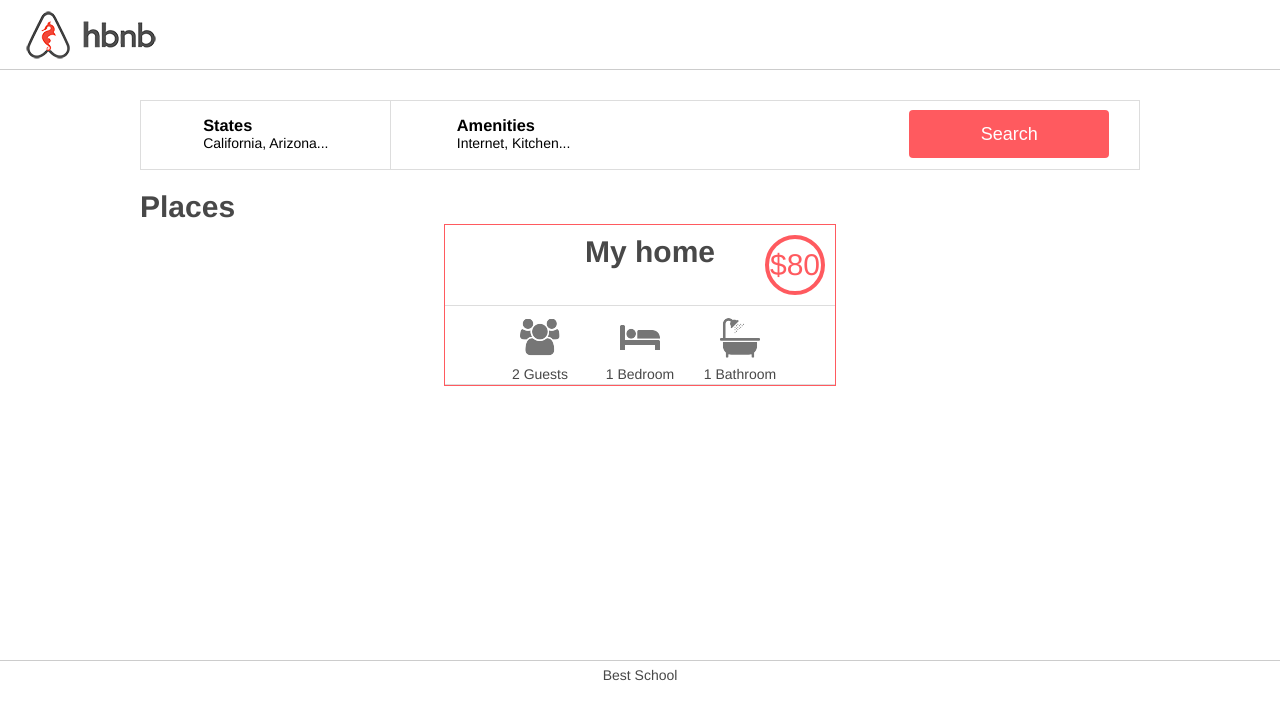
Repository: Eng-0marleves/AirBnB_clone
Page: web_static/8-index.html
The author's editor kept a copy of each file at every save. The page is drawn from the files as they stood at one save, then again after the next save.
The browser window is 1280 px wide. The pictures show the whole page.

Above is the page before, as saved 2023-12-18 07:09:39.

After the next save:
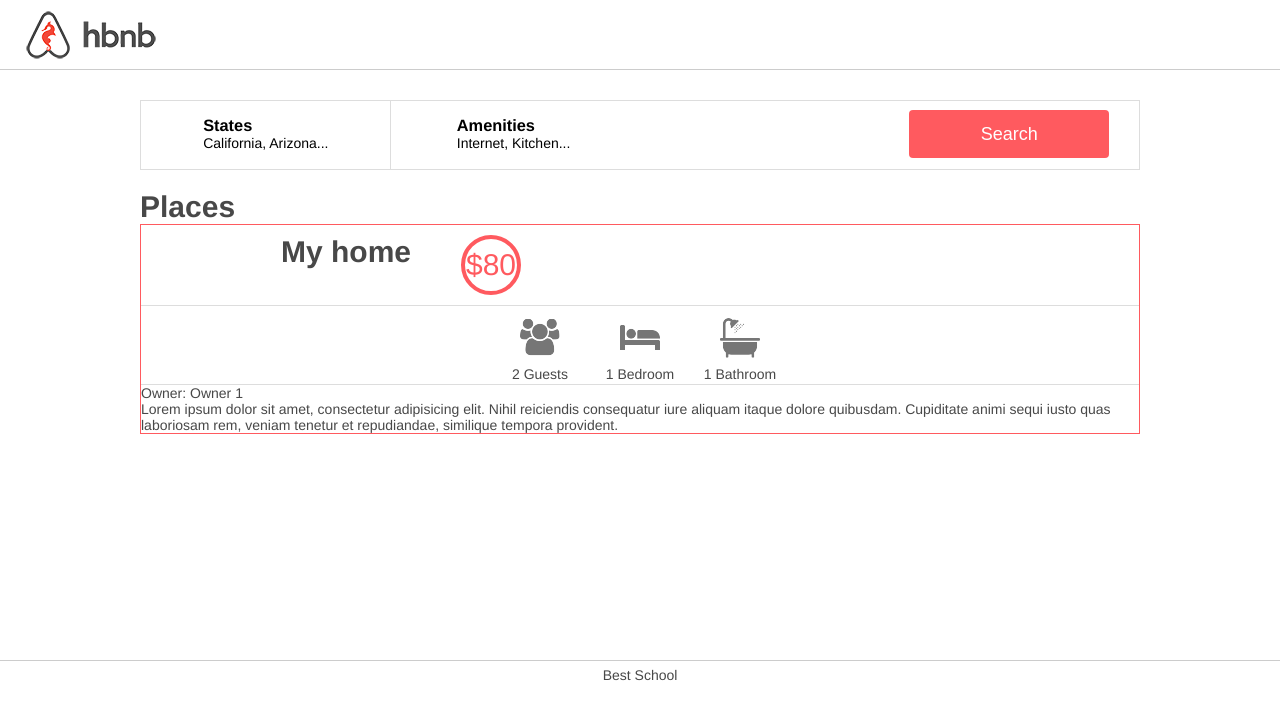
Saved 82 s later.
--- a/web_static/8-index.html
+++ b/web_static/8-index.html
@@ -81,6 +81,14 @@
 							<p>1 Bathroom</p>
 						</div>
 					</div>
+					<div class="user">
+						Owner: Owner 1
+					</div>
+					<div class="description">
+						Lorem ipsum dolor sit amet, consectetur adipisicing elit. Nihil reiciendis consequatur iure
+						aliquam itaque dolore quibusdam. Cupiditate animi sequi iusto quas laboriosam rem, veniam
+						tenetur et repudiandae, similique tempora provident.
+					</div>
 				</article>
 			</div>
 		</section>
